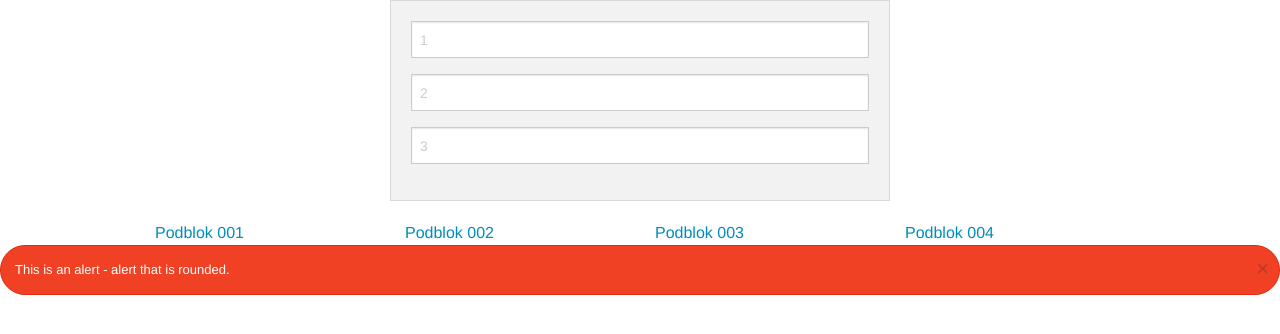
Repository: binczyk/RepoComarch
Page: strona/WebContent/foundation-5.5.2/exercise2.html
The author's editor kept a copy of each file at every save. The page is drawn from the files as they stood at one save, then again after a run of saves.
The browser window is 1280 px wide. The pictures show the whole page.

Above is the page before, as saved 2015-07-14 07:55:07.

After the next 2 saves:
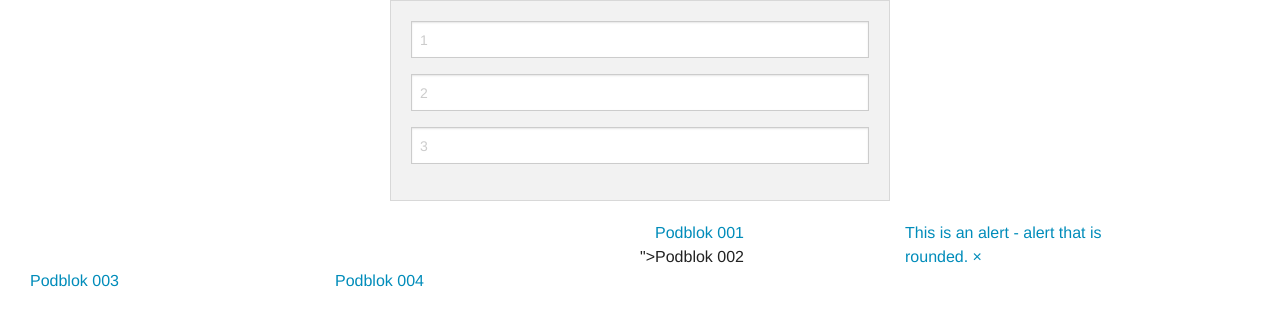
The 2 saves are shown as one change because they came seconds apart.
The last was saved 57 s later.
--- a/strona/WebContent/foundation-5.5.2/exercise2.html
+++ b/strona/WebContent/foundation-5.5.2/exercise2.html
@@ -25,20 +25,23 @@
 					<a href="#">Podblok 001</a>
 				</div>
 				<div class="small-6 columns">
-					<a href="#">Podblok 002</a>
+					<a href="<div data-alert class=" alert-box alertround"> This
+						is an alert - alert that is rounded. <a href="#" class="close">&times;</a>
 				</div>
+				">Podblok 002</a>
 			</div>
 		</div>
-		<div class="small-6 columns">
-			<div class="row">
-				<div class="small-6 columns">
-					<a href="#">Podblok 003</a>
-				</div>
-				<div class="small-6 columns">
-					<a href="#">Podblok 004</a>
-				</div>
+	</div>
+	<div class="small-6 columns">
+		<div class="row">
+			<div class="small-6 columns">
+				<a href="#">Podblok 003</a>
+			</div>
+			<div class="small-6 columns">
+				<a href="#">Podblok 004</a>
 			</div>
 		</div>
+	</div>
 	</div>
 
 	<div id="myModal" class="reveal-modal" data-reveal
@@ -50,9 +53,7 @@
 		<a class="close-reveal-modal" aria-label="Close">&#215;</a>
 	</div>
 
-	<div data-alert class="alert-box alert round">
-		This is an alert - alert that is rounded. <a href="#" class="close">&times;</a>
-	</div>
+
 
 	<script src="js/vendor/jquery.js"></script>
 	<script src="js/foundation.min.js"></script>
